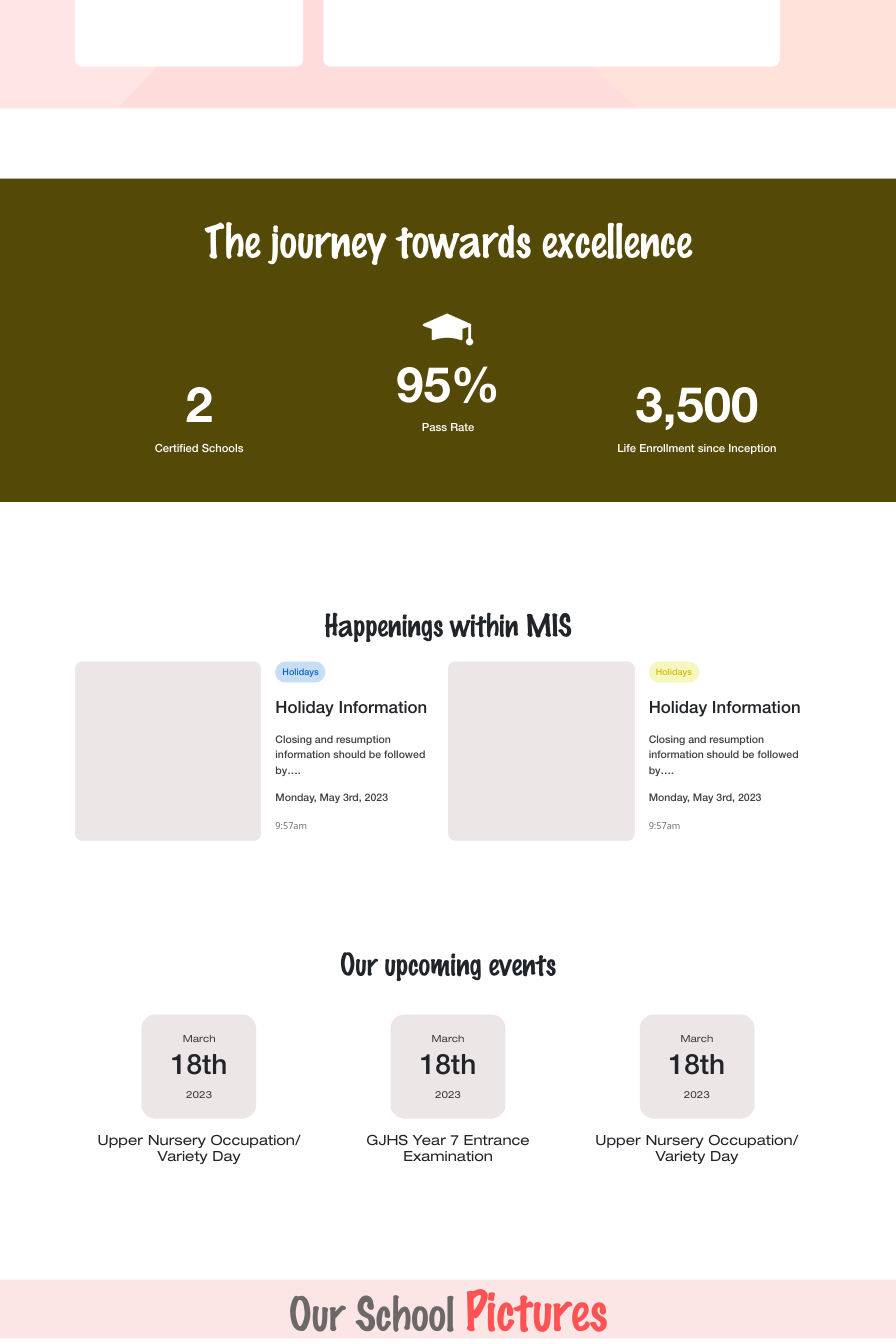
Repository: sarahnnanyelugo/MIGS
Page: /
These files come from the project's save history. The page is drawn as it stood at one moment and after the next save; the edit follows.
The browser window is 1280 px wide. The pictures show the part of the page from y = 3803 to 5723 px (the page is 5723 px tall), at 70% of full size.
The project was rebuilt for these pictures with package versions that can differ from the ones it lists, and the page was loaded fresh each time.

Above is the page before, as saved 2023-05-30 14:20:16.

After the next save:
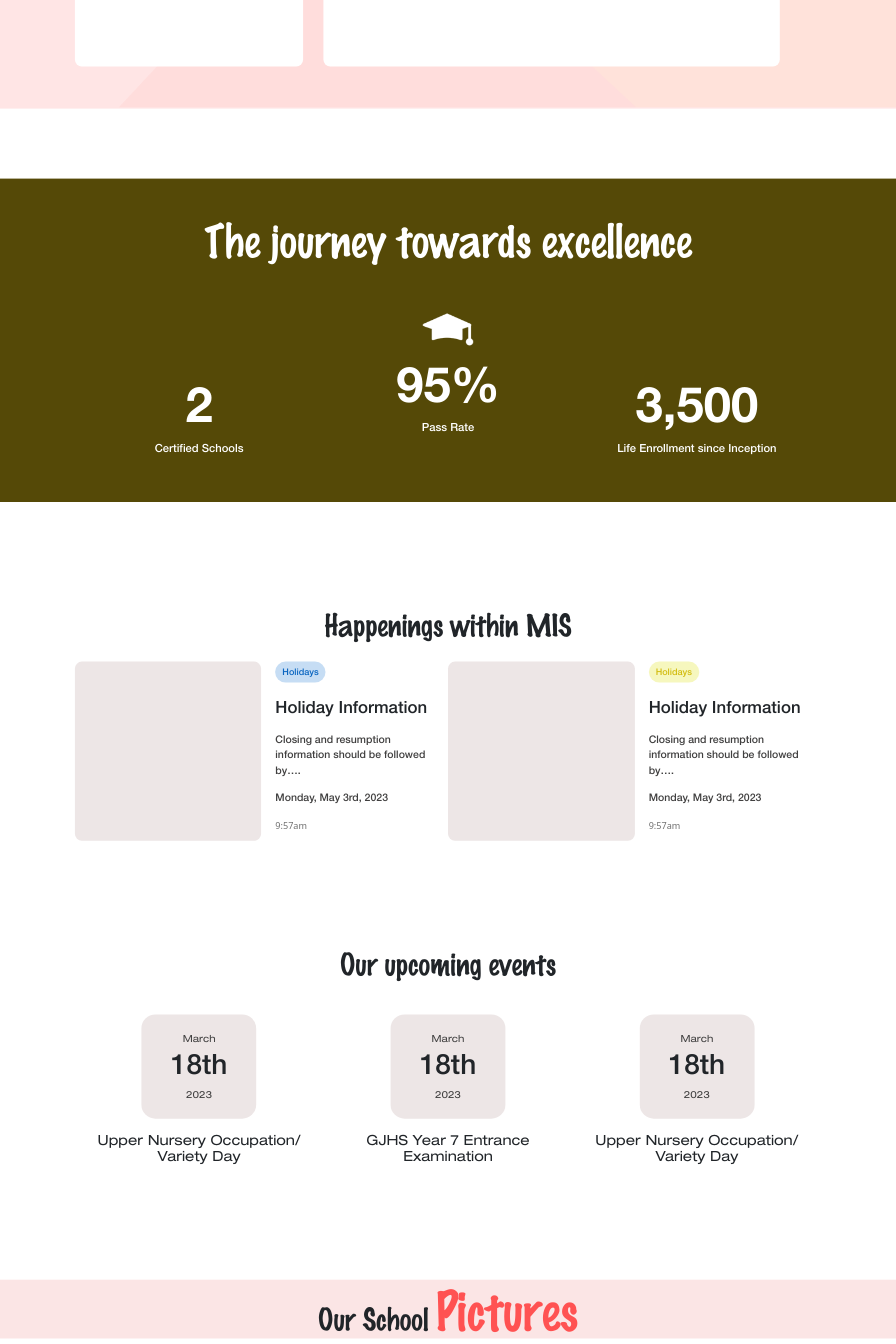
Saved 17 s later.
--- a/src/pages/Home/home.scss
+++ b/src/pages/Home/home.scss
@@ -184,7 +184,7 @@
 }
 .pictures-container {
   background: #fbe5e5;
-  h1 {
+  padding: 50px 0 h1 {
     font-size: 60px;
     color: #6c6868;
   }
